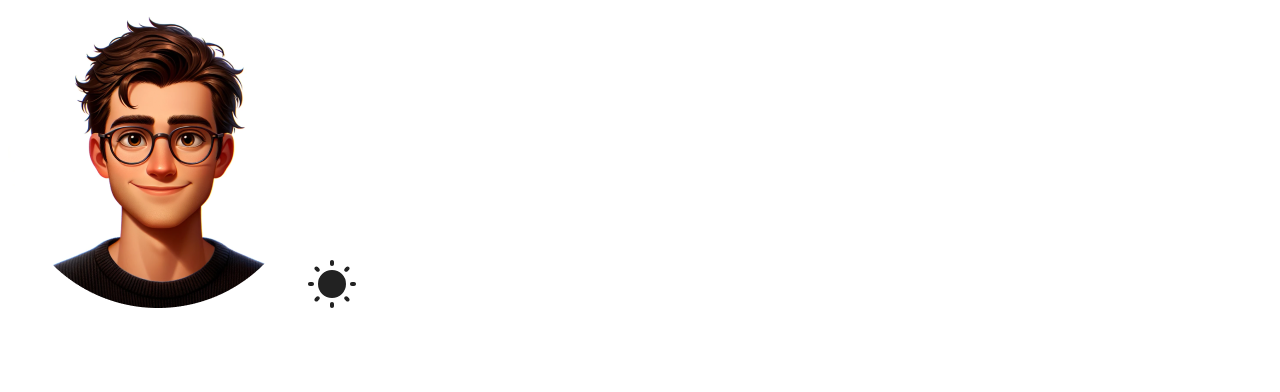
Repository: 61ZM07H36R3ML1N/Projects
Page: / (app in Portfolio/)
An editor plug-in stored every save of this project. The page is shown before and after the next save, followed by the edit.
The browser window is 1280 px wide. The pictures show the whole page.
The project was rebuilt for these pictures with package versions that can differ from the ones it lists, and the page was loaded fresh each time. Also part of the build but not shown: Portfolio/vite.config.js, Portfolio/src/App.css, Portfolio/src/sections/Hero/HeroStyles.module.css, Portfolio/src/index.css.

Above is the page before, as saved 2024-08-28 10:14:08.

### Portfolio/index.html
<!DOCTYPE html>
<html lang="en">
  <head>
    <meta charset="UTF-8" />
    <link rel="icon" type="image/svg+xml" href="/public/favicon.ico" />
    <meta
      name="viewport"
      content="width=device-width, initial-scale=1.0"
    />
    <link rel="preconnect" href="https://fonts.googleapis.com" />
    <link rel="preconnect" href="https://fonts.gstatic.com" crossorigin />
    <link
      href="https://fonts.googleapis.com/css2?family=Roboto+Mono:wght@100..700&family=Rubik:wght@800&display=swap"
      rel="stylesheet"
    />
    <title>Brian Jamiel</title>
  </head>
  <body>
    <div id="root"></div>
    <script type="module" src="/src/main.jsx"></script>
  </body>
</html>

### Portfolio/src/App.jsx
import './App.css';
import Hero from './sections/Hero/Hero';

function App() {
  return (
    <>
      <Hero />
    </>
  );
}

export default App;

### Portfolio/src/sections/Hero/Hero.jsx
import styles from './HeroStyles.module.css';
import heroImg from '../../assets/hero-img.png';
import themeIcon from '../../assets/sun.svg';

function Hero() {
  return (
    <section id="hero" className={styles.container}>
      <div className={styles.colorModeContainer}>
        <img
          className={styles.hero}
          src={heroImg}
          alt="Profile picture of Brian Jamiel"
        />
        <img
          className={styles.colorMode}
          src={themeIcon}
          alt="Color mode icon"
        />
      </div>
    </section>
  );
}

export default Hero;

Loaded but not shown: Portfolio/src/main.jsx (common file); Portfolio/src/sections/Hero/HeroStyles.module.css (no copy from this time; the picture is the same without it)

After the next save:
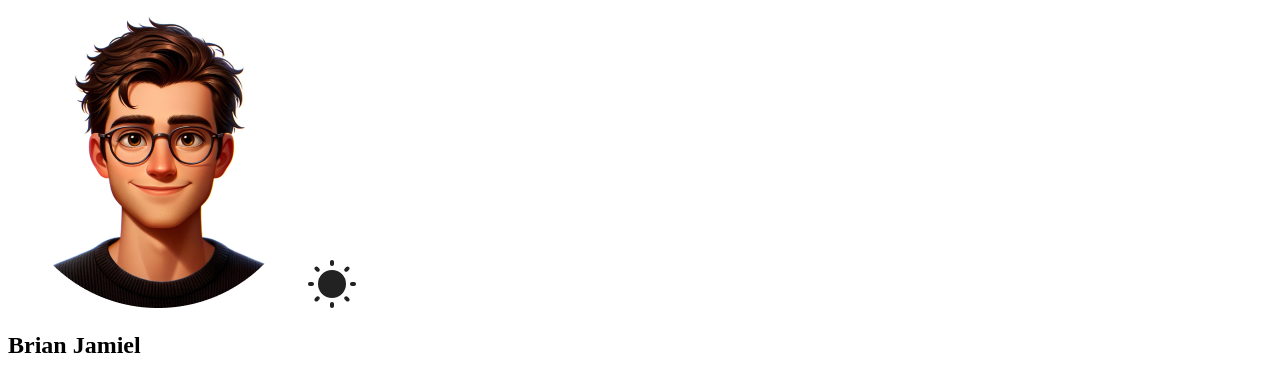
Saved 4 min 30 s later.
--- a/Portfolio/src/sections/Hero/Hero.jsx
+++ b/Portfolio/src/sections/Hero/Hero.jsx
@@ -17,6 +17,9 @@ function Hero() {
           alt="Color mode icon"
         />
       </div>
+      <div className={styles.info}>
+        <h1>Brian Jamiel</h1>
+      </div>
     </section>
   );
 }
